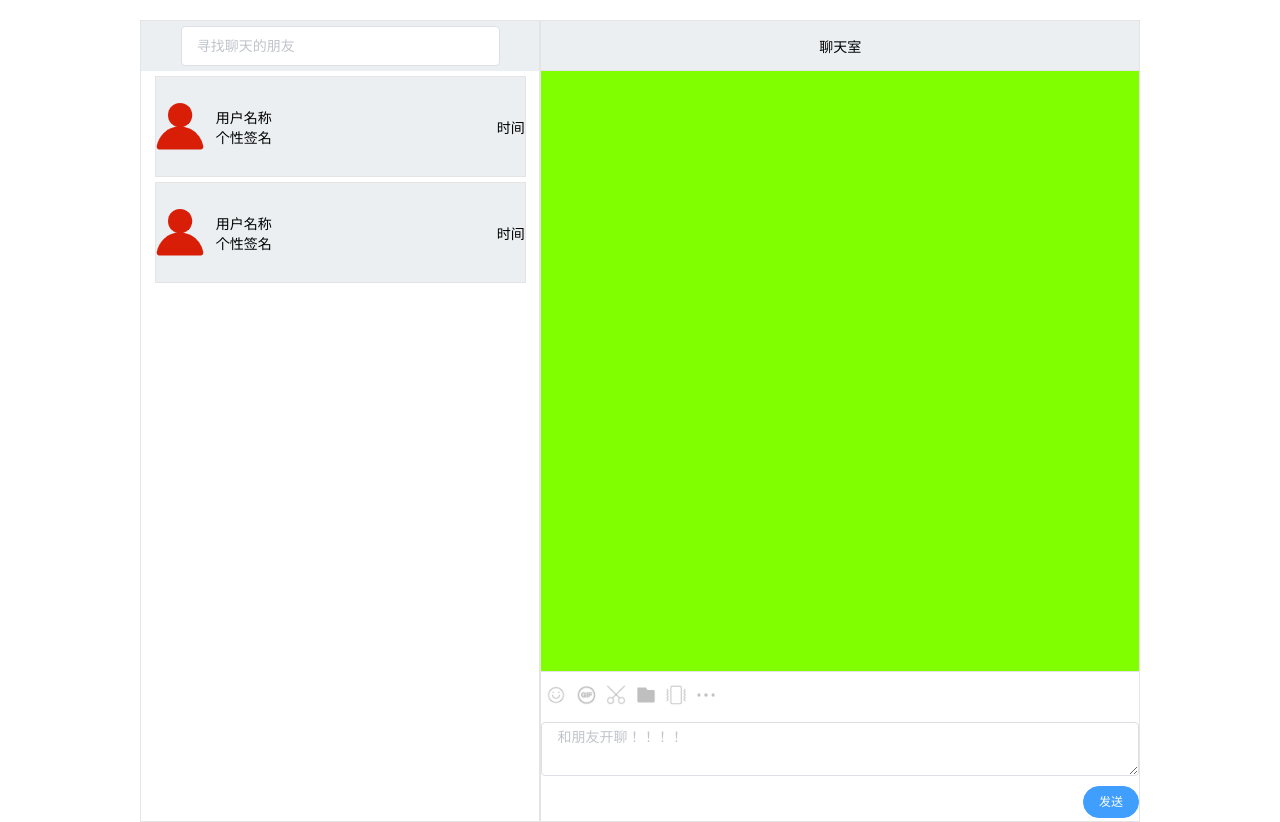
Repository: jinggegeZ/livechat
Page: /
These files come from the project's save history. The page is drawn as it stood at one moment and after the next save; the edit follows.
The browser window is 1280 px wide. The pictures show the whole page.
The project was rebuilt for these pictures with package versions that can differ from the ones it lists, and the page was loaded fresh each time.

Above is the page before, as saved 2020-08-17 13:21:33.

After the next save:
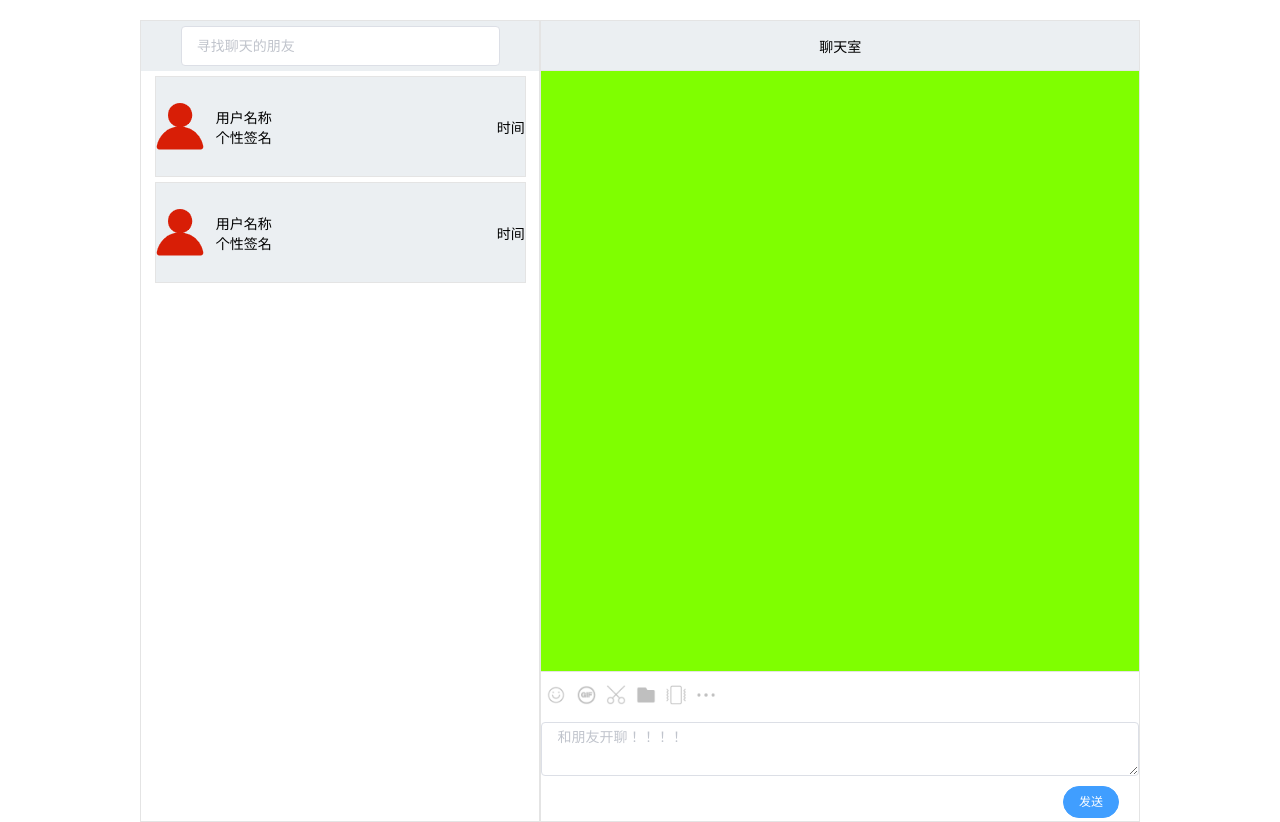
Saved 32 s later.
--- a/src/views/Home.vue
+++ b/src/views/Home.vue
@@ -80,7 +80,7 @@
               ></el-input>
             </div>
             <div class="box2-2-3">
-                <div class=""> <el-button type="primary" round size="small">发送</el-button></div>
+                <div class="box2-2-3-1"> <el-button type="primary" round size="small">发送</el-button></div>
             </div>
           </div>
         </div>
@@ -222,4 +222,7 @@ export default {
   align-items: center;
   justify-content: flex-end;
 }
+.box2-2-3-1 {
+  margin-right: 20px;
+}
 </style>
